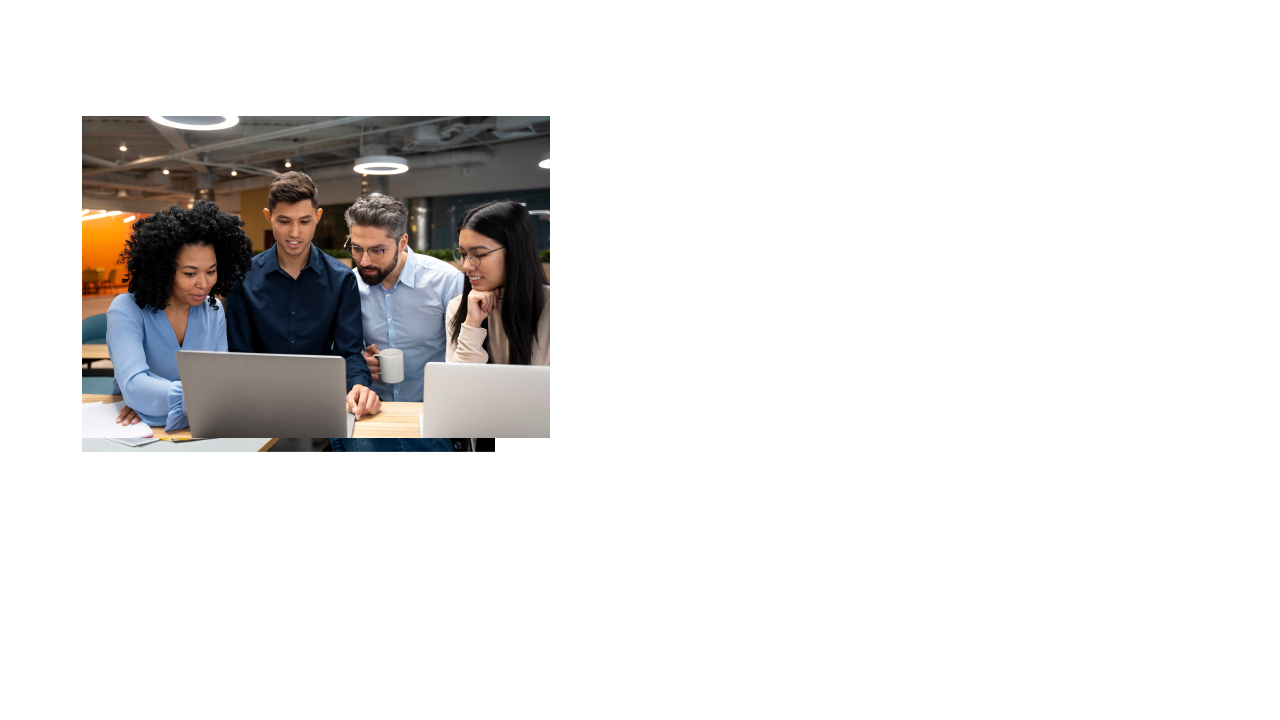
Repository: tagnam/mirehel2.0
Page: about.html
The author's editor kept a copy of each file at every save. The page is drawn from the files as they stood at one save, then again after the next save.
The browser window is 1280 px wide. The pictures show the whole page.

Above is the page before, as saved 2025-02-03 11:48:45.

After the next save:
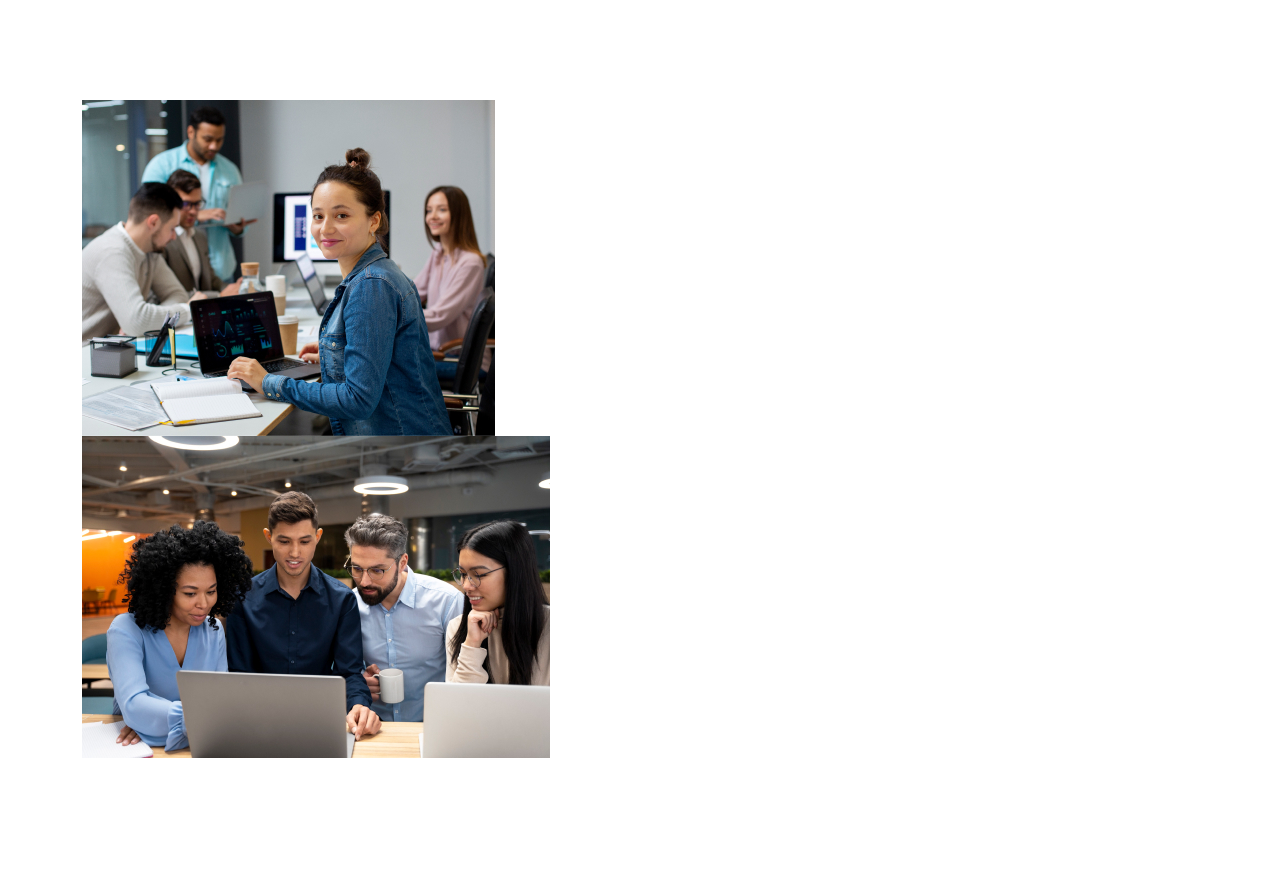
Saved 35 s later.
--- a/style/css/style.css
+++ b/style/css/style.css
@@ -439,10 +439,10 @@ linear-gradient(180deg, red 0%, #00000000 90.04%) border-box;
 }
 
 .about-img-1{
-    position: absolute;
+
 }
 
 
 .about-img-2{
-    position: absolute;
-}
+
+}
